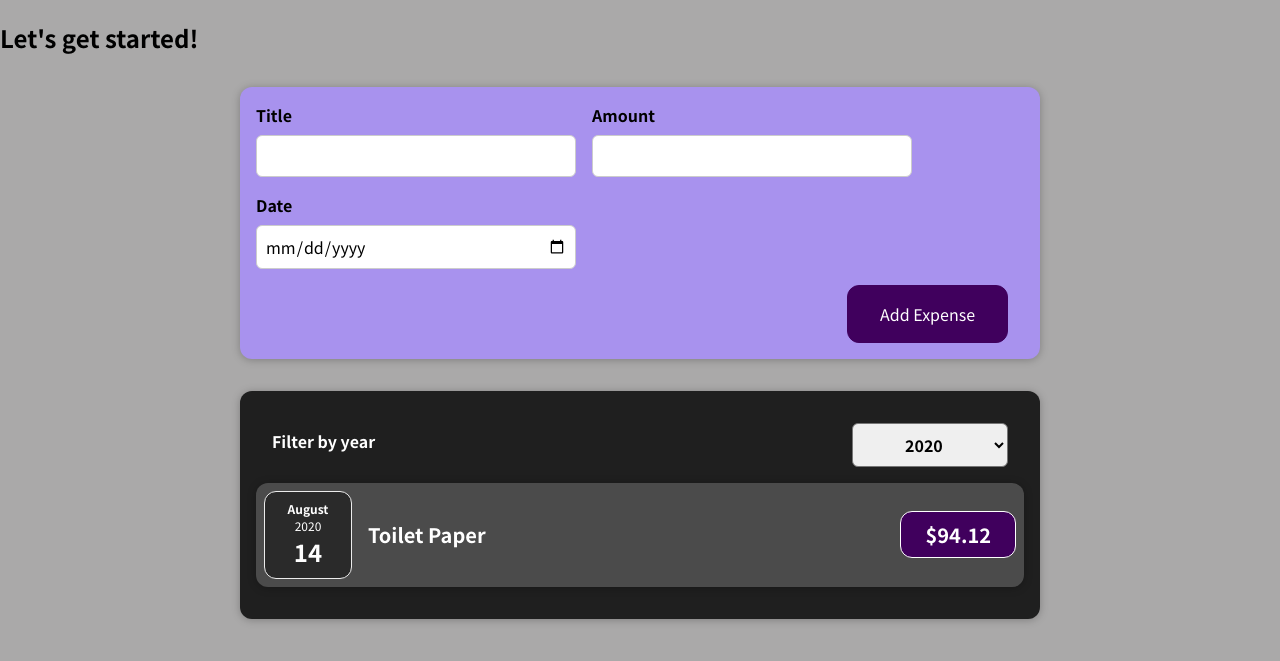
Repository: otvertka/MSC
Page: /
The author's editor kept a copy of each file at every save. The page is drawn from the files as they stood at one save, then again after a run of saves.
The browser window is 1280 px wide. The pictures show the whole page.
The project was rebuilt for these pictures with package versions that can differ from the ones it lists, and the page was loaded fresh each time.

Above is the page before, as saved 2023-06-30 15:01:29.

### src/index.css
@import url("https://fonts.googleapis.com/css2?family=Noto+Sans+JP:wght@400;700&display=swap");

* {
  box-sizing: border-box;
}

html {
  font-family: "Noto Sans JP", sans-serif;
}

body {
  margin: 0;
  background-color: #aaa9a9;
}

### src/App.js
// import ExpenseItem from "./components/ExpenseItem";
import React, { useState } from "react";
import Expenses from "./components/Expenses/Expenses";
import NewExpense from "./components/NewExpense/NewExpense";

const DUMMY_EXPENSES = [
  {
    id: "e1",
    title: "Toilet Paper",
    amount: 94.12,
    date: new Date(2020, 7, 14),
  },
  { id: "e2", title: "New TV", amount: 799.49, date: new Date(2021, 2, 12) },
  {
    id: "e3",
    title: "Car Insurance",
    amount: 294.67,
    date: new Date(2021, 2, 28),
  },
  {
    id: "e4",
    title: "New Desk (Wooden)",
    amount: 450,
    date: new Date(2021, 5, 12),
  },
];

const App = () => {
  const [expenses, setExpenses] = useState(DUMMY_EXPENSES);

  const addExpenseHandler = (expense) => {
    setExpenses((prevExpenses) => {
      return [expense, ...prevExpenses];
    });
    // setExpenses([expense, ...expenses]);
  };

  return (
    <div>
      <h2>Let's get started!</h2>
      <NewExpense onAddExpense={addExpenseHandler} />
      <Expenses items={expenses} />
    </div>
  );
};

export default App;

### src/components/Expenses/Expenses.js
import React, { useState } from "react";
import ExpenseItem from "./ExpenseItem";

import "./Expenses.css";
import Card from "../UI/Card";
import ExpensesFilter from "./ExpensesFilter";

const Expenses = (props) => {
  const [filteredYear, setFilteredYear] = useState("2020");

  const filterChangeHandler = (selectedYear) => {
    setFilteredYear(selectedYear);
  };

  const filteredExpenses = props.items.filter((expense) => {
    return expense.date.getFullYear().toString() === filteredYear;
  });

  let expensesContent = <p>No expenses found.</p>;

  if (filteredExpenses.length > 0) {
    expensesContent = filteredExpenses.map((expense) => (
      <ExpenseItem
        key={expense.id}
        title={expense.title}
        amount={expense.amount}
        date={expense.date}
      />
    ));
  }

  return (
    <div>
      <Card className="expenses">
        <ExpensesFilter
          selected={filteredYear}
          onChangeFilter={filterChangeHandler}
        />
        {/* в зависимости пустой массив или нет, отображ сообщение */}
        {expensesContent}
      </Card>
    </div>
  );
};

export default Expenses;

### src/components/NewExpense/NewExpense.js
import React from "react";
import ExpenseForm from "./ExpenseForm";
import "./NewExpense.css";

const NewExpense = (props) => {
  const saveExpenseDataHandler = (enteredExpenseData) => {
    const expenseData = {
      ...enteredExpenseData,
      id: Math.random().toString(),
    };
    props.onAddExpense(expenseData);
  };

  return (
    <div className="new-expense">
      <ExpenseForm onSaveExpenseData={saveExpenseDataHandler} />
    </div>
  );
};
export default NewExpense;

### src/components/Expenses/ExpenseItem.js
import React from "react";
import Card from "../UI/Card";
import ExpenseDate from "./ExpenseDate";
import "./ExpenseItem.css";

const ExpenseItem = (props) => {
  return (
    //
    <Card className="expense-item">
      <ExpenseDate date={props.date} />
      <div className="expense-item__description">
        <h2>{props.title}</h2>
        <div className="expense-item__price">${props.amount}</div>
      </div>
    </Card>
  );
};

export default ExpenseItem;

### src/components/Expenses/ExpensesFilter.js
import React from "react";

import "./ExpensesFilter.css";

// const ExpensesFilter = (props) => {
//     const chooseExpenseFilter = (choosingFilterData)=> {
//         const choosingData = {
//             choosingFilterData
//         }
//         props.onChooseFilter(choosingData)
//     }
const ExpensesFilter = (props) => {
  const dropdownChangeHandler = (event) => {
    props.onChangeFilter(event.target.value);
  };
  return (
    <div className="expenses-filter">
      <div className="expenses-filter__control">
        <label>Filter by year</label>
        <select value={props.selected} onChange={dropdownChangeHandler}>
          <option value="2022">2022</option>
          <option value="2021">2021</option>
          <option value="2020">2020</option>
          <option value="2019">2019</option>
        </select>
      </div>
    </div>
  );
};

export default ExpensesFilter;

### src/components/NewExpense/ExpenseForm.js
import React, { useState } from "react";
import "./ExpenseForm.css";

const ExpenseForm = (props) => {
  const [enteredTitle, setEnteredTitle] = useState("");
  const [enteredAmount, setEnteredAmount] = useState("");
  const [enteredDate, setEnteredDate] = useState("");

  // const [userInput, setUserInput] = useState({
  //   enteredTitle: "",
  //   enteredAmount: "",
  //   enteredDate: "",
  // });

  const titleChangeHandler = (event) => {
    setEnteredTitle(event.target.value);
    // console.log(event.target.value);
    // setUserInput({
    //   ...userInput,
    //   enteredTitle: event.target.value,
    // });
    // console.log(enteredTitle);

    // setUserInput((prevState) => {
    //   return { ...prevState, enteredTitle: event.target.value };
    // });
  };

  const amountChangeHandler = (event) => {
    setEnteredAmount(event.target.value);
    // console.log(event.target.value);
    // setUserInput({
    //   ...userInput,
    //   enteredAmount: event.target.value,
    // });
    // console.log(enteredAmount);
  };

  const dateChangeHandler = (event) => {
    setEnteredDate(event.target.value);
    // setUserInput({
    //   ...userInput,
    //   enteredDate: event.target.value,
    // });
    // console.log(enteredDate);
  };

  // альтернативный способ в 1 функции
  // const inputChangeHandler = (identifier, value) => {
  //   if (identifier === "title") {
  //     setEnteredTitle(value);
  //   } else if (identifier === "date") {
  //     setEnteredDate(value);
  //   } else {
  //     setEnteredAmount(value);
  //   }
  //   console.log(value);
  // };

  const submitHandler = (event) => {
    event.preventDefault();

    const expenseData = {
      title: enteredTitle,
      amount: enteredAmount,
      date: new Date(enteredDate),
    };
    props.onSaveExpenseData(expenseData);  //  <ExpenseForm onSaveExpenseData={saveExpenseDataHandler} />
    setEnteredTitle("");
    setEnteredAmount("");
    setEnteredDate("");
  };
  return (
    <div>
      <form onSubmit={submitHandler}>
        <div className="new-expense__controls">
          <div className="new-expense__control">
            <label>Title</label>
            <input
              type="text"
              value={enteredTitle}
              onChange={titleChangeHandler}
            />
          </div>
          <div className="new-expense__control">
            <label>Amount</label>
            <input
              type="number"
              min="0.01"
              step="0.01"
              value={enteredAmount}
              onChange={amountChangeHandler}
            />
          </div>
          <div className="new-expense__control">
            <label>Date</label>
            <input
              type="date"
              min="2019-01-01"
              max="2022-12-31"
              value={enteredDate}
              onChange={dateChangeHandler}
            />
          </div>
        </div>
        <div className="new-expense__actions">
          <button type="submit">Add Expense</button>
        </div>
      </form>
    </div>
  );
};

export default ExpenseForm;

////////////// TODO
// import React, {useState} from 'react';

// import './styles.css';

// // don't change the Component name "App"
// export default function App() {
//     const [count, setCount] = React.useState(0);

// const changeCount =(event)=> {
//     setCount(event.target.value++);
// }

//     return (
//       <div>
//         <p id="counter">{count}</p>
//         <button onClick={changeCount}>Increment</button>
//       </div>
//     );
// }

### src/components/NewExpense/NewExpense.css
.new-expense {
  background-color: #a892ee;
  padding: 1rem;
  margin: 2rem auto;
  width: 50rem;
  max-width: 95%;
  border-radius: 12px;
  text-align: center;
  box-shadow: 0 1px 8px rgba(0, 0, 0, 0.25);
}

.new-expense button {
  font: inherit;
  cursor: pointer;
  padding: 1rem 2rem;
  border: 1px solid #40005d;
  background-color: #40005d;
  color: white;
  border-radius: 12px;
  margin-right: 1rem;
}

.new-expense button:hover,
.new-expense button:active {
  background-color: #510674;
  border-color: #510674;
}

.new-expense button.alternative {
  color: #220131;
  border-color: transparent;
  background-color: transparent;
}

.new-expense button.alternative:hover,
.new-expense button.alternative:active {
  background-color: #ddb3f8;
}

### src/components/Expenses/ExpenseItem.css
.expense-item {
  display: flex;
  justify-content: space-between;
  align-items: center;
  padding: 0.5rem;
  margin: 1rem 0;
  background-color: #4b4b4b;
}

.expense-item__description {
  display: flex;
  flex-direction: column;
  gap: 1rem;
  align-items: flex-end;
  flex-flow: column-reverse;
  justify-content: flex-start;
  flex: 1;
}

.expense-item h2 {
  color: #3a3a3a;
  font-size: 1rem;
  flex: 1;
  margin: 0 1rem;
  color: white;
}

.expense-item__price {
  font-size: 1rem;
  font-weight: bold;
  color: white;
  background-color: #40005d;
  border: 1px solid white;
  padding: 0.5rem;
  border-radius: 12px;
}

@media (min-width: 580px) {
  .expense-item__description {
    flex-direction: row;
    align-items: center;
    justify-content: flex-start;
    flex: 1;
  }

  .expense-item__description h2 {
    font-size: 1.25rem;
  }

  .expense-item__price {
    font-size: 1.25rem;
    padding: 0.5rem 1.5rem;
  }
}

### src/components/Expenses/ExpensesList.js
import React from "react";
import ExpenseItem from "./ExpenseItem";

const ExpensesList = (props) => {
  let expensesContent = <p>No expenses found.</p>;

  if (props.items.length > 0) {
    expensesContent = props.items.map((expense) => (
      <ExpenseItem
        key={expense.id}
        title={expense.title}
        amount={expense.amount}
        date={expense.date}
      />
    ));
  }
};

export default ExpensesList;

Loaded but not shown: public/index.html (common file); src/index.js (common file); src/components/Expenses/Expenses.css (common file); src/components/UI/Card.js (common file); src/components/Expenses/ExpenseDate.js (common file); src/components/UI/Card.css (common file); src/components/Expenses/ExpensesFilter.css (common file); src/components/NewExpense/ExpenseForm.css (common file); src/components/Expenses/ExpenseDate.css (common file); src/components/Expenses/ExpensesList.css (common file)

After the next 3 saves:
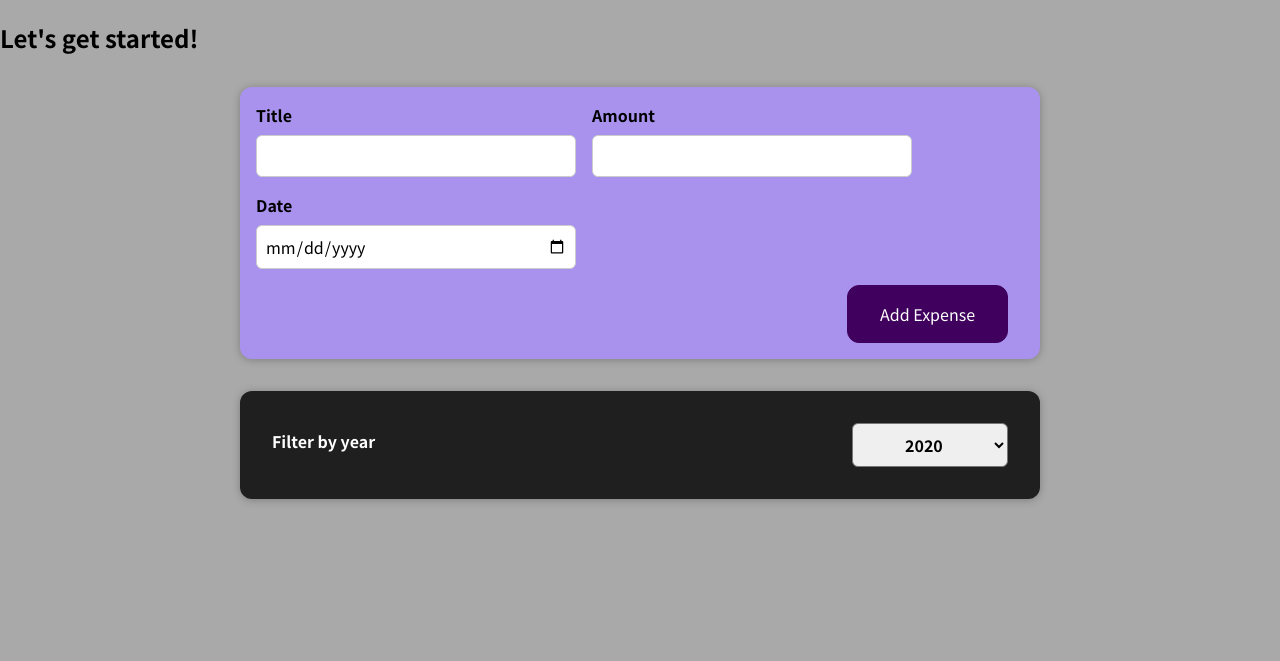
The 3 saves are shown as one change because 2 did not build or start.
The last was saved 3 min 41 s later.
--- a/src/components/Expenses/Expenses.js
+++ b/src/components/Expenses/Expenses.js
@@ -1,9 +1,9 @@
 import React, { useState } from "react";
-import ExpenseItem from "./ExpenseItem";
 
 import "./Expenses.css";
 import Card from "../UI/Card";
 import ExpensesFilter from "./ExpensesFilter";
+import ExpensesList from "./ExpensesList";
 
 const Expenses = (props) => {
   const [filteredYear, setFilteredYear] = useState("2020");
@@ -16,19 +16,6 @@ const Expenses = (props) => {
     return expense.date.getFullYear().toString() === filteredYear;
   });
 
-  let expensesContent = <p>No expenses found.</p>;
-
-  if (filteredExpenses.length > 0) {
-    expensesContent = filteredExpenses.map((expense) => (
-      <ExpenseItem
-        key={expense.id}
-        title={expense.title}
-        amount={expense.amount}
-        date={expense.date}
-      />
-    ));
-  }
-
   return (
     <div>
       <Card className="expenses">
@@ -36,8 +23,7 @@ const Expenses = (props) => {
           selected={filteredYear}
           onChangeFilter={filterChangeHandler}
         />
-        {/* в зависимости пустой массив или нет, отображ сообщение */}
-        {expensesContent}
+        <ExpensesList items={filteredExpenses} />
       </Card>
     </div>
   );

After the 4 saves that followed:
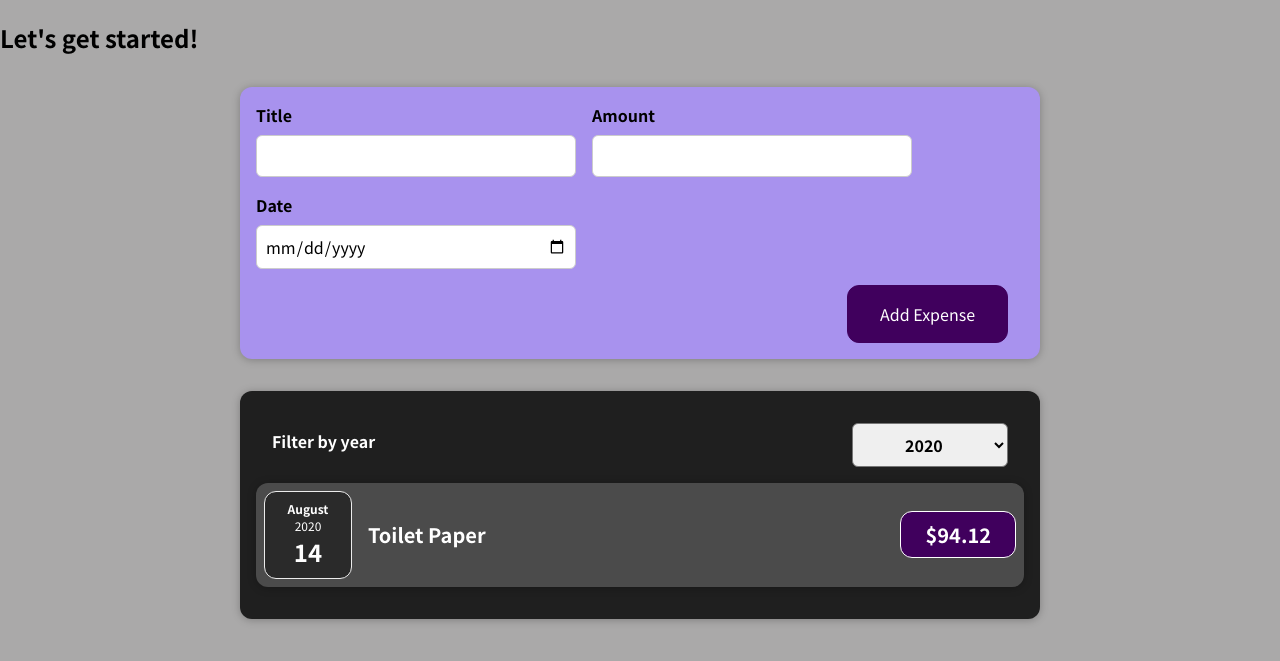
The 4 saves are shown as one change because 2 did not build or start and 1 left the picture as it was.
The last was saved 6 min 54 s later.
--- a/src/components/Expenses/ExpensesList.js
+++ b/src/components/Expenses/ExpensesList.js
@@ -1,19 +1,25 @@
 import React from "react";
 import ExpenseItem from "./ExpenseItem";
-
+import "./ExpensesList.css";
 const ExpensesList = (props) => {
   let expensesContent = <p>No expenses found.</p>;
 
-  if (props.items.length > 0) {
-    expensesContent = props.items.map((expense) => (
-      <ExpenseItem
-        key={expense.id}
-        title={expense.title}
-        amount={expense.amount}
-        date={expense.date}
-      />
-    ));
+  if (props.items.length === 0) {
+    return <h2 className="expenses-list__fallback">Not found expenses.</h2>;
   }
+
+  return (
+    <ul className="expenses-list">
+      {props.items.map((expense) => (
+        <ExpenseItem
+          key={expense.id}
+          title={expense.title}
+          amount={expense.amount}
+          date={expense.date}
+        />
+      ))}
+    </ul>
+  );
 };
 
 export default ExpensesList;
